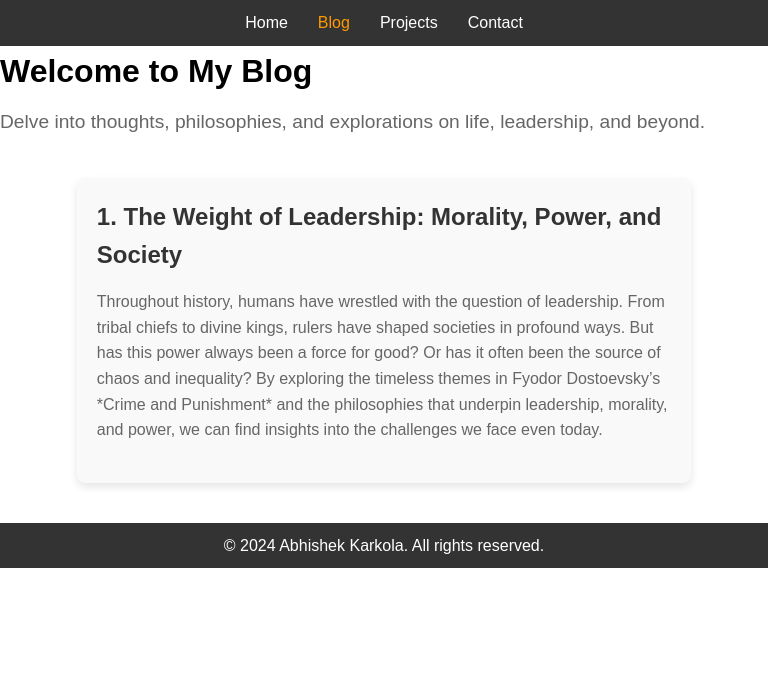
Repository: APersonalVoyage/APersonalVoyage.github.io
Page: blog.html
These files come from the project's save history. The page is drawn as it stood at one moment and after the next save; the edit follows.
The browser window is 768 px wide. The pictures show the whole page.

Above is the page before, as saved 2024-11-16 23:27:55.

### blog.html
<!DOCTYPE html>
<html lang="en">
<head>
  <meta charset="UTF-8">
  <meta name="viewport" content="width=device-width, initial-scale=1.0">
  <title>Blog - Abhishek Karkola</title>
  <link rel="stylesheet" href="blog.css">
</head>
<body>
  <header>
    <nav>
      <ul class="nav-links">
        <li><a href="index.html" class="nav-link">Home</a></li>
        <li><a href="blog.html" class="nav-link active">Blog</a></li>
        <li><a href="#projects" class="nav-link">Projects</a></li>
        <li><a href="#contact" class="nav-link">Contact</a></li>
      </ul>
    </nav>
  </header>

  <main>
    <section id="blog" class="blog-section-container">
      <div class="blog-header">
        <h1 class="title">Welcome to My Blog</h1>
        <p class="section__text">Delve into thoughts, philosophies, and explorations on life, leadership, and beyond.</p>
      </div>

      <div class="blog-containers">
        <!-- Blog Post 1 -->
        <article class="blog-details">
          <h2 class="project-title">
            <a href="blog_post_1.html" class="blog-link">1. The Weight of Leadership: Morality, Power, and Society</a>
          </h2>
          <p class="blog-summary">
            Throughout history, humans have wrestled with the question of leadership. From tribal chiefs to divine kings, rulers have shaped societies in profound ways. But has this power always been a force for good? Or has it often been the source of chaos and inequality? By exploring the timeless themes in Fyodor Dostoevsky’s *Crime and Punishment* and the philosophies that underpin leadership, morality, and power, we can find insights into the challenges we face even today.
          </p>
        </article>
      </div>
    </section>
  </main>

  <footer>
    <p>&copy; 2024 Abhishek Karkola. All rights reserved.</p>
  </footer>
</body>
</html>

### blog.css
/* General reset and layout */
* {
  margin: 0;
  padding: 0;
  box-sizing: border-box;
}

body {
  font-family: Arial, sans-serif;
  line-height: 1.6;
}

header {
  background-color: #333;
  padding: 10px 0;
}

.nav-links {
  display: flex;
  justify-content: center;
  list-style: none;
}

.nav-link {
  color: white;
  text-decoration: none;
  padding: 0 15px;
}

.nav-link:hover,
.nav-link.active {
  color: #ff9900;
}

/* Main section styling */
@media (max-width: 768px) {
  .blog-section-container {
      display: none;
  }
}

.blog-section-container {
  display: block !important;
  width: 100%;
  overflow: visible;
}


.blog-header {
  margin-bottom: 40px; /* Adds space between title and blog post */
}

.title {
  font-size: 2rem;
  margin-bottom: 10px; /* Space below title */
}

.section__text {
  font-size: 1.2rem;
  color: #666;
  margin-bottom: 40px;
}

.blog-containers {
  display: flex;
  flex-direction: column;
  align-items: center; /* Aligns blog posts to the center */
  gap: 30px; /* Space between posts */
}

.blog-details {
  background-color: #f9f9f9;
  padding: 20px;
  width: 80%; /* Makes sure the blog posts aren't too wide */
  max-width: 800px; /* Limits the maximum width */
  border-radius: 8px;
  box-shadow: 0 4px 8px rgba(0, 0, 0, 0.1);
}

.project-title {
  font-size: 1.5rem;
  margin-bottom: 15px;
}

.blog-link {
  text-decoration: none;
  color: #333;
}

.blog-link:hover {
  color: #ff9900; /* Highlight on hover */
}

.blog-summary {
  font-size: 1rem;
  color: #666;
  line-height: 1.6;
  margin-bottom: 20px;
}

/* Footer Styling */
footer {
  background-color: #333;
  color: white;
  text-align: center;
  padding: 10px 0;
  margin-top: 40px;
}

After the next save:
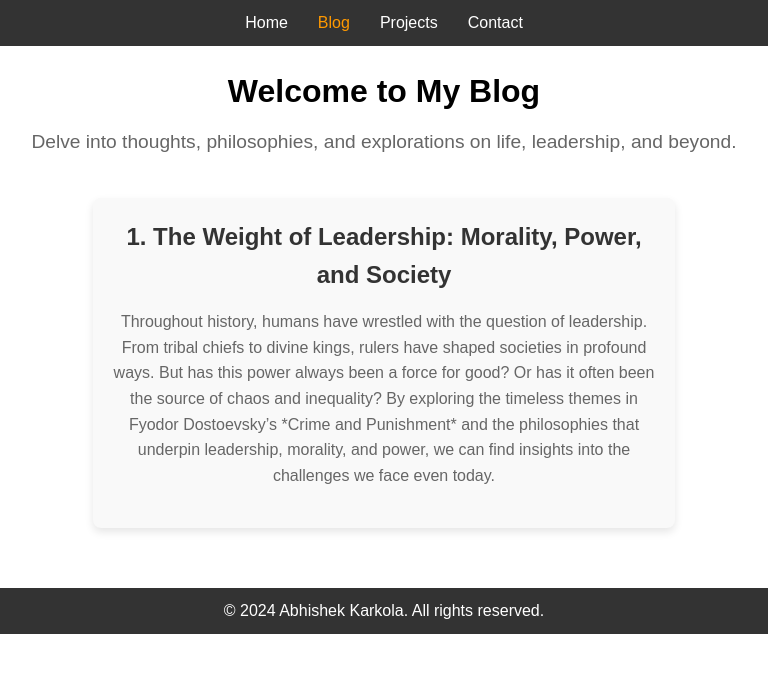
Saved 64 s later.
--- a/blog.css
+++ b/blog.css
@@ -33,18 +33,10 @@ header {
 }
 
 /* Main section styling */
-@media (max-width: 768px) {
-  .blog-section-container {
-      display: none;
-  }
+.blog-section-container {
+  padding: 20px;
+  text-align: center;
 }
-
-.blog-section-container {
-  display: block !important;
-  width: 100%;
-  overflow: visible;
-}
-
 
 .blog-header {
   margin-bottom: 40px; /* Adds space between title and blog post */
